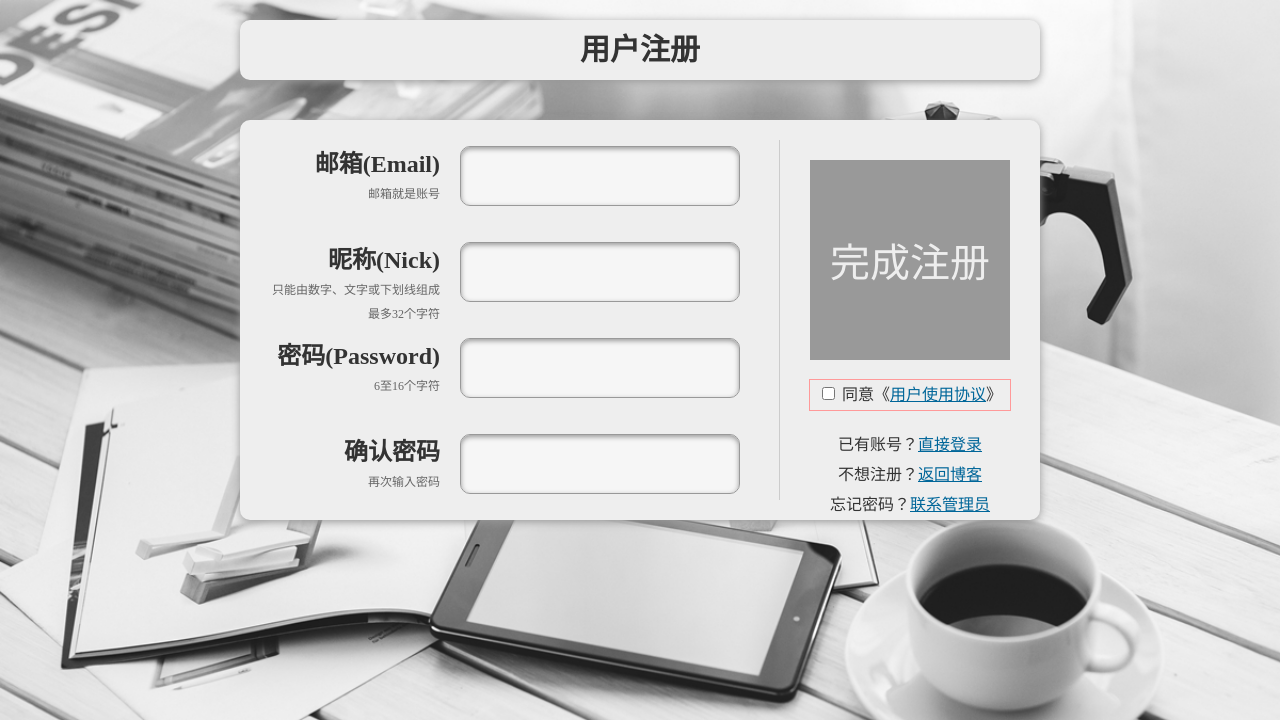
Repository: SUT-GC/myblog
Page: http://localhost/myblog/jsp/registered/registered.jsp
An editor plug-in stored every save of this project. The page is shown before and after the next save, followed by the edit.
The browser window is 1280 px wide. The pictures show the whole page.
The page is served by Tomcat 9. Other server files are loaded and not shown.

Above is the page before, as saved 2015-10-01 09:57:21.

### javaee_workspace/myblog/WebContent/jsp/registered/registered.jsp
<%@ page language="java" contentType="text/html; charset=utf-8"
    pageEncoding="utf-8"%>
<!DOCTYPE html PUBLIC "-//W3C//DTD HTML 4.01 Transitional//EN" "http://www.w3.org/TR/html4/loose.dtd">
<html>
<head>
<meta http-equiv="Content-Type" content="text/html; charset=utf-8" />
<title>GC博客用户注册</title>
<script id="jquery_183" type="text/javascript" class="library" src="js/jquery-1.8.3.min.js"></script>
</head>
<body>
<div class="back">
<div id="top"><h1>用户注册</h1></div>
<div class="form-bak">
<form method="post" action="../login/login.jsp" onsubmit="adaptValue();">
<div class="left">
<div class="line" id="line_account">
<div class="info">
<strong>邮箱(Email)</strong>
<span class="tips">邮箱就是账号</span>
</div>
<div class="input">
<input type="text" name="account" id="account" onblur="v_account();" onkeyup="v_account();"/>
<div class="none">
<span></span>
</div>
</div>
</div>
<div class="line" id="line_name">
<div class="info">
<strong>昵称(Nick)</strong>
<span class="tips">只能由数字、文字或下划线组成<br />最多32个字符</span>
</div>
<div class="input">
<input type="text" name="name" id="name" onblur="v_name();" onkeyup="v_name();" />
<div class="none">
<span></span>
</div>
</div>
</div>
<div class="line" id="line_password">
<div class="info">
<strong>密码(Password)</strong>
<span class="tips">6至16个字符</span>
</div>
<div class="input">
<input type="password" name="password" id="password" onblur="v_password();" onkeyup="v_password();" />
<div class="none">
<span></span>
</div>
</div>
</div>
<div class="line" id="line_repeat">
<div class="info">
<strong>确认密码</strong>
<span class="tips">再次输入密码</span>
</div>
<div class="input">
<input type="password" name="repeat" id="repeat" onblur="v_repeat();" onkeyup="v_repeat();" />
<div class="none">
<span></span>
</div>
</div>
</div>
</div>
<div class="right">
<input type="submit" id="submit" value="完成注册" disabled="disabled"/>
<div class="readagreement-wrap" onclick="onReadAgreementClick();">
<input type="checkbox" name="agree" id="agree" onchange="v_submitbutton();" />
同意《<a id="readagreement" href="#agreement" onclick="showAgreement();" title="查看用户使用协议">用户使用协议</a>》
</div>
<div>已有账号？<a href="../login/login.jsp">直接登录</a></div>
<div>不想注册？<a href="../nav/index.jsp">返回博客</a></div>
<div>忘记密码？<a href="#">联系管理员</a></div>
</div>
</form>
</div>
<div id="agreement" class="agreement" style="display:none;">
<h1>用户使用协议</h1>
<iframe src=""></iframe>
<input type="button" value="同意" onclick="agree();"/>
<a href="#" class="backtotop" >返回顶部</a>
</div>
</div>
</body>
</html>
<style>* { font-family:"微软雅黑","黑体","宋体"; color:#333;}
a {color:#069;}
body {margin:0; padding:0; background:#ddd;  background: url('img/registered_bg.jpg');
  background-size: 100%,auto;}
.form-bak {width:800px; height:400px; margin:40px auto; background:#eee; border-radius:10px; box-shadow:0 2px 8px #999;}
.left {float:left; width:500px; height:400px;}
.line {width:100%; height:80px; margin:16px 0 0 0;}
.info {float:left; height:100%; width:200px;}
.info strong, .info span {display:block; text-align:right;}
.info strong {font-size:24px; line-height:36px; margin-top:10px; color:#333; }
.info span {font-size:12px; line-height:24px; color:#666; font-family:"微软雅黑","宋体"; }
.input input {background:none; border:none; outline:none; font-size:18px; line-height:40px; height:40px; width:240px; padding:9px 0 9px 9px; border-radius:10px;}
.input {float:right; width:278px; height:58px; background:#f6f6f6; border:1px solid #999; border-radius:10px; box-shadow:inset 0 2px 5px #999; margin:10px 0; position:relative; }
.error,.corect {height:20px; width:20px; position:absolute; top:19px; right:9px; background:url("js/ICON_20.svg") no-repeat 0 -20px;}
.error span {display:block; position:absolute; top:30px; right:20px; background:#fcc; border:1px solid #f33; font-size:12px; line-height:16px; color:#600; padding:6px 10px 4px 10px; border-radius:5px; opacity:.8; white-space:nowrap; overflow:hidden;}
.corect {background-position:0 0;}
.corect span{display:none;}
.none {display:none;}

.right {float:right; width:260px; height:360px; margin:20px 0 0 0; border-left:1px solid #ccc;}
input[type=submit] {background:none; border:none; outline:none; margin:0; padding:0; cursor:pointer;
font-size:40px; height:200px; width:200px; background:#369; margin:20px 30px 0 30px; color:#eee;}
input[type=submit]:disabled {background:#999; cursor:no-drop;}
.right div { margin:0 30px; width:200px; height:30px; line-height:30px; text-align:center;}
.readagreement-wrap {margin:20px 30px!important; outline:1px solid #f99;}

#top h1 {font-size:30px; line-height:40px; padding:10px; text-align:center;}
.agreement,#top {width:800px; margin:20px auto; background:#eee; border-radius:10px; box-shadow:0 2px 8px #999; text-align:center;}
.agreement h1 {display:block; font-size:24px; line-height:30px; padding:20px 20px 10px 20px; margin:0; color:#333; text-align:center;}
.agreement iframe { width:760px; min-height:400px; margin:0 20px 20px 20px; border:none; outline:none;}
.agreement .backtotop {display:block; line-height:20px; padding:10px; text-align:center;}
</style>

<script>function enableSubmit(bool){
if(bool)$("#submit").removeAttr("disabled");
else $("#submit").attr("disabled","disabled");
}
function v_submitbutton(){
if($("#agree").attr("checked")!="checked") {
enableSubmit(false);
$(".readagreement-wrap").css("outline","1px solid #f99");
return;
}else{$(".readagreement-wrap").css("outline","1px solid #9f9");}
for(f in flags) if(!flags[f]) {enableSubmit(false); return;}
enableSubmit(true);
}
function showAgreement(){
$("#readagreement").removeAttr("onclick");
$("#agreement").show();
$("#agreement iframe").attr("src","http://www.baidu.com");//此处为链接地址
}
function agree(){
$("#agreement").hide();
$("#readagreement").attr("onclick","showAgreement();");
if($("#agree").attr("checked")!="checked") $("#agree").trigger("click");
}
function onReadAgreementClick(){
return;
if($("#agree").attr("checked")){
$("#agree").removeAttr("checked");
}else{
$("#agree").attr("checked","checked");
}
v_submitbutton();
}
var flags = [false,false,false,false];
//邮箱验证，网上找到的正则
var RegEmail = /^([a-zA-Z0-9]+[_|\_|\.]?)*[a-zA-Z0-9]+@([a-zA-Z0-9]+[_|\_|\.]?)*[a-zA-Z0-9]+\.[a-zA-Z]{2,3}$/;
function lineState(name,state,msg){
if(state=="none"){$("#line_"+name+" .input div").attr("class","none"); return;}
if(state=="corect"){$("#line_"+name+" .input div").attr("class","corect");return;}
$("#line_"+name+" .input span").text(msg);$("#line_"+name+" .input div").attr("class","error");
}
function v_account(){
var account = $("#account").val();
if(!RegEmail.test(account)) {lineState("account","error","邮箱格式不正确"); flags[0]=false;enableSubmit(false);}
else{lineState("account","corect","");flags[0] = true;}
v_submitbutton();
}
function v_name(){
var name = $("#name").val();
if(name.length==0) {lineState("name","error","不得为空"); flags[1]=false;}
else{
if(name.length>32) {lineState("name","error","必须少于32个字符"); flags[1]=false;}
else{lineState("name","corect",""); flags[1] = true;}
}
v_submitbutton();
}
function v_password(){
var password = $("#password").val();
if(password.length<6) {lineState("password","error","必须多于或等于6个字符"); flags[2]=false;}
else{
if(password.length>16){lineState("password","error","必须少于或等于16个字符"); flags[2]=false;}
else{
lineState("password","corect","");
flags[2] = true;
}
}
v_repeat();
v_submitbutton();
}
function v_repeat(){
if(!flags[2]) {lineState("repeat","none",""); return;}
if($("#password").val()!=$("#repeat").val()) {lineState("repeat","error","密码不一致"); flags[3]=false;}
else{
lineState("repeat","corect","");
flags[3] = true;
}
v_submitbutton();
}

function adaptValue(){
return true;
}</script>

Loaded but not shown: javaee_workspace/myblog/WebContent/jsp/registered/js/jquery-1.8.3.min.js (library)

After the next save:
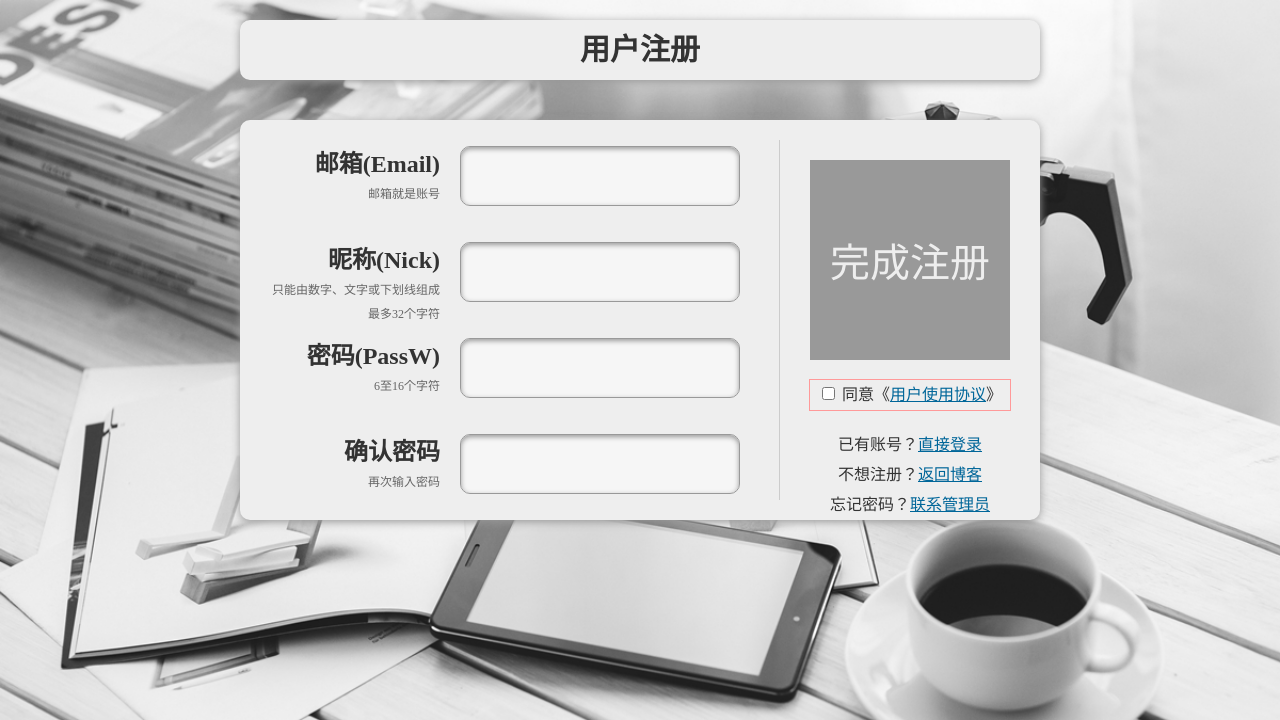
Saved 11 s later.
--- a/javaee_workspace/myblog/WebContent/jsp/registered/registered.jsp
+++ b/javaee_workspace/myblog/WebContent/jsp/registered/registered.jsp
@@ -39,7 +39,7 @@
 </div>
 <div class="line" id="line_password">
 <div class="info">
-<strong>密码(Password)</strong>
+<strong>密码(PassW)</strong>
 <span class="tips">6至16个字符</span>
 </div>
 <div class="input">
